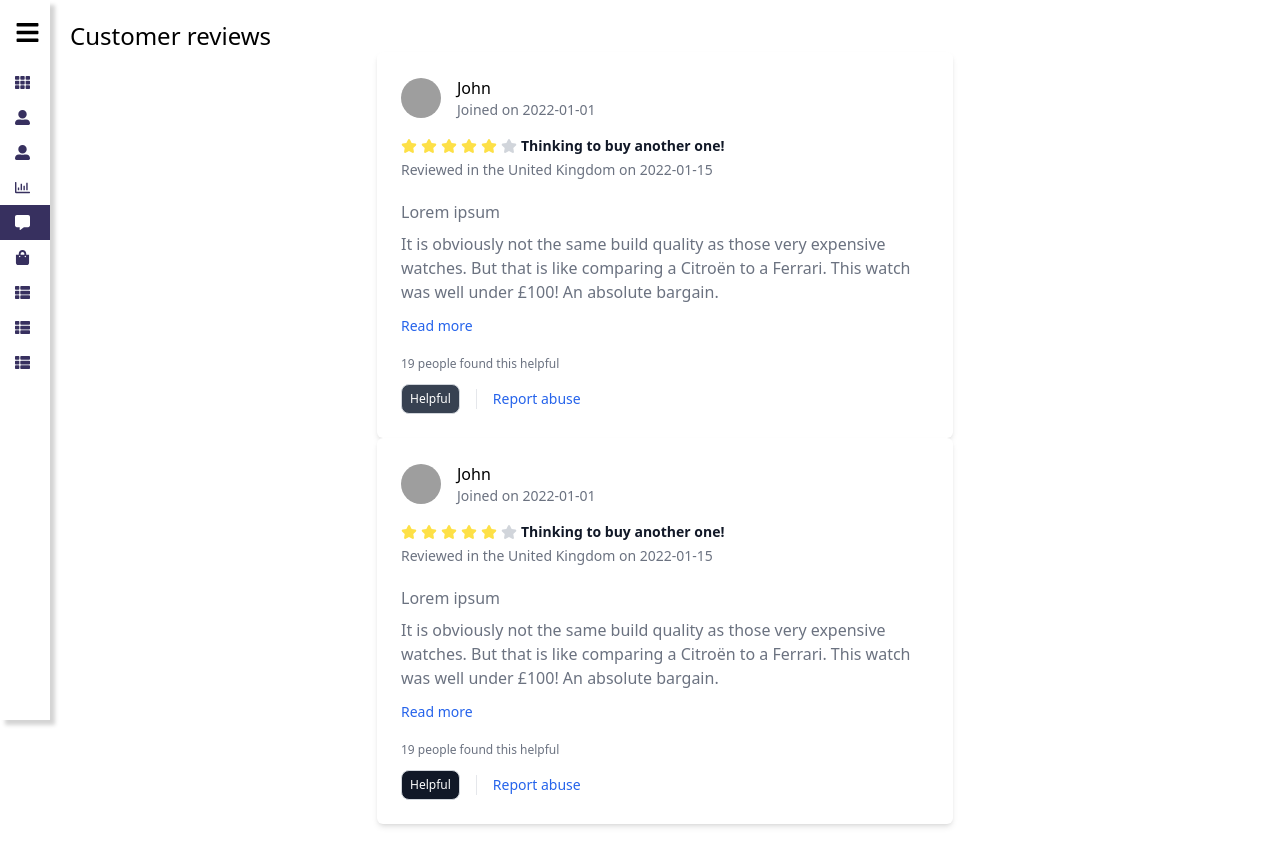
Repository: AndargWorku12/admin-dashboard
Page: /review
An editor plug-in stored every save of this project. The page is shown before and after the next save, followed by the edit.
The browser window is 1280 px wide. The pictures show the whole page.
Pictures or frames that could not be fetched are drawn as grey boxes. The project was rebuilt for these pictures with package versions that can differ from the ones it lists, and the page was loaded fresh each time. Also part of the build but not shown: src/styles/analytics.css, src/pages/Analytics.tsx, src/pages/Dashboard.tsx, src/styles/orders.css, src/pages/OrderTable.tsx, src/pages/OrderModal.tsx, src/pages/Orders.tsx, src/styles/category.css and 11 more.

Above is the page before, as saved 2024-02-03 03:24:47.

After the next save:
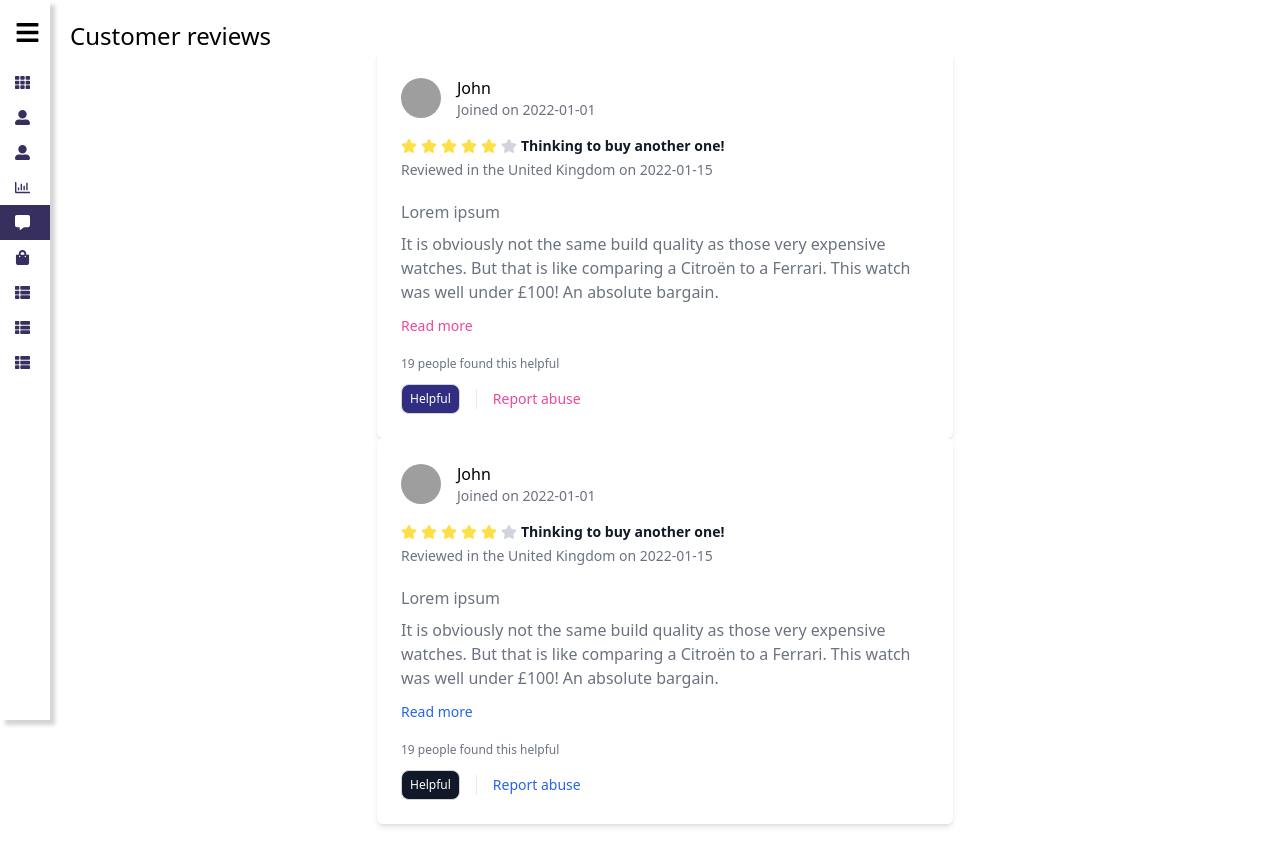
Saved 5 min 23 s later.
--- a/src/pages/CustemerReview.tsx
+++ b/src/pages/CustemerReview.tsx
@@ -58,16 +58,16 @@ const CustomerReview: React.FC<ReviewProps> = ({ username, joinedDate, reviewDat
         It is obviously not the same build quality as those very expensive watches. But that is like comparing a Citroën
         to a Ferrari. This watch was well under £100! An absolute bargain.
       </p>
-      <a href="#" className="block mb-5 text-sm font-medium text-blue-600 hover:underline dark:text-blue-500">
+      <a href="#" className="block mb-5 text-sm font-medium text-pink-500 hover:underline dark:text-pink-600">
         Read more
       </a>
       <aside>
         <p className="mt-1 text-xs text-gray-500 dark:text-gray-400">19 people found this helpful</p>
         <div className="flex items-center mt-3">
-          <button className=" bg-gray-700 text-white border border-gray-300 focus:outline-none hover:bg-gray-100 focus:ring-4 focus:ring-gray-200 font-medium rounded-lg text-xs px-2 py-1.5 dark:bg-gray-800 dark:text-white dark:border-gray-600 dark:hover:bg-gray-700 dark:hover:border-gray-600 dark:focus:ring-gray-700">
+          <button className="bg-indigo-900 text-white border border-gray-300 focus:outline-none hover:bg-gray-100 focus:ring-4 focus:ring-gray-200 font-medium rounded-lg text-xs px-2 py-1.5 dark:bg-gray-800 dark:text-white dark:border-gray-600 dark:hover:bg-gray-700 dark:hover:border-gray-600 dark:focus:ring-gray-700">
             Helpful
           </button>
-          <button className="ps-4 text-sm font-medium text-blue-600 hover:underline dark:text-blue-500 border-gray-200 ms-4 border-s md:mb-0 dark:border-gray-600">
+          <button className="ps-4 text-sm font-medium text-pink-500 hover:underline dark:text-pink-600 border-gray-200 ms-4 border-s md:mb-0 dark:border-gray-600">
             Report abuse
           </button>
         </div>
